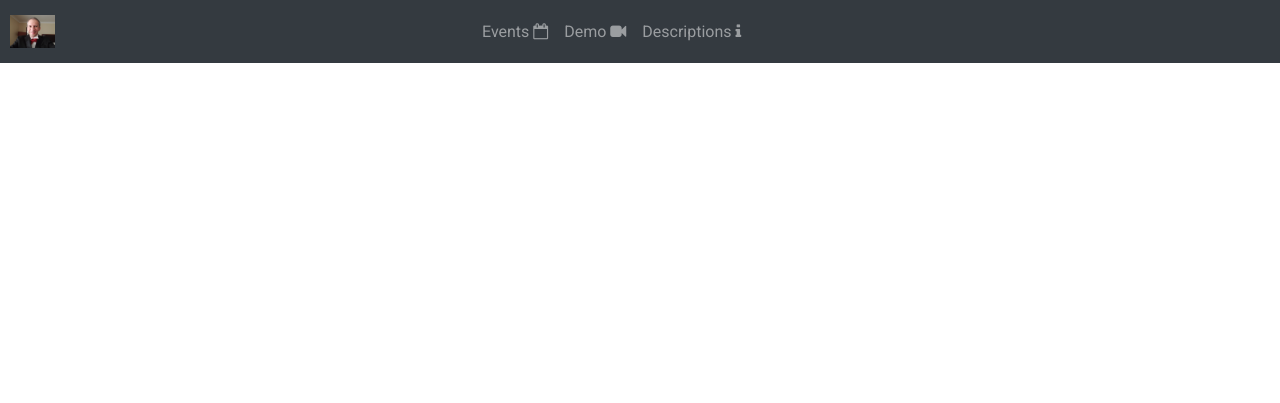
Repository: derektypist/product-landing-page
Page: index.html
The author's editor kept a record of every edit. The page is drawn from the files as they stood at one moment, then again after the next edit.
The browser window is 1280 px wide. The pictures show the whole page.

Above is the page before.

### index.html
<!DOCTYPE html>
<html lang="en">

<head>
    <meta charset="UTF-8">
    <meta name="viewport" content="width=device-width, initial-scale=1.0">
    <meta http-equiv="X-UA-Compatible" content="ie=edge">
    <title>Product Landing Page</title>
    <!-- Load Style Sheets -->
    <link rel="stylesheet" href="https://maxcdn.bootstrapcdn.com/bootstrap/4.4.1/css/bootstrap.min.css" integrity="sha384-Vkoo8x4CGsO3+Hhxv8T/Q5PaXtkKtu6ug5TOeNV6gBiFeWPGFN9MuhOf23Q9Ifjh" crossorigin="anonymous">
    <link rel="stylesheet" href="https://maxcdn.bootstrapcdn.com/font-awesome/4.7.0/css/font-awesome.min.css" type="text/css" />
    <link href="https://fonts.googleapis.com/css?family=Roboto&display=swap" rel="stylesheet">
    <style>
        /* Header and Navigation */

        #header {
            font-family: "Roboto", Arial, Verdana, sans-serif;
        }

        #header-img {
            width: 10%;
            height: 10%;
        }

        #nav-bar {
            padding: 10px;
        }
    </style>
</head>

<body>
    <!-- Set Up Header -->
    <header id="header">
        <!-- Set Up Navigation -->
        <nav class="navbar navbar-expand navbar-dark bg-dark fixed-top" id="nav-bar">
            <a class="navbar-brand" href="index.html"><img src="derek.JPG" title="Derek Dhammaloka" alt="Derek Dhammaloka" id="header-img"></a>
            <button class="navbar-toggler" type="button" data-toggle="collapse" data-target="navbarSupportedContent" aria-controls="navbarSupportedContent" aria-expanded="false" aria-label="Toggle navigation">
    <span class="navbar-toggler-icon"></span>
  </button>
            <div class="collapse navbar-collapse" id="navbarSupportedContent">
                <ul class="navbar-nav mr-auto">
                    <li class="nav-item">
                        <a class="nav-link" href="#">Events <i class="fa fa-calendar-o" aria-hidden="true"></i></a>
                    </li>
                    <li class="nav-item">
                        <a class="nav-link" href="#">Demo <i class="fa fa-video-camera" aria-hidden="true"></i></a>
                    </li>
                    <li class="nav-item">
                        <a class="nav-link" href="#">Descriptions <i class="fa fa-info" aria-hidden="true"></i></a>
                    </li>
                </ul>
        </nav>
    </header>
</body>

</html>

After the next edit:
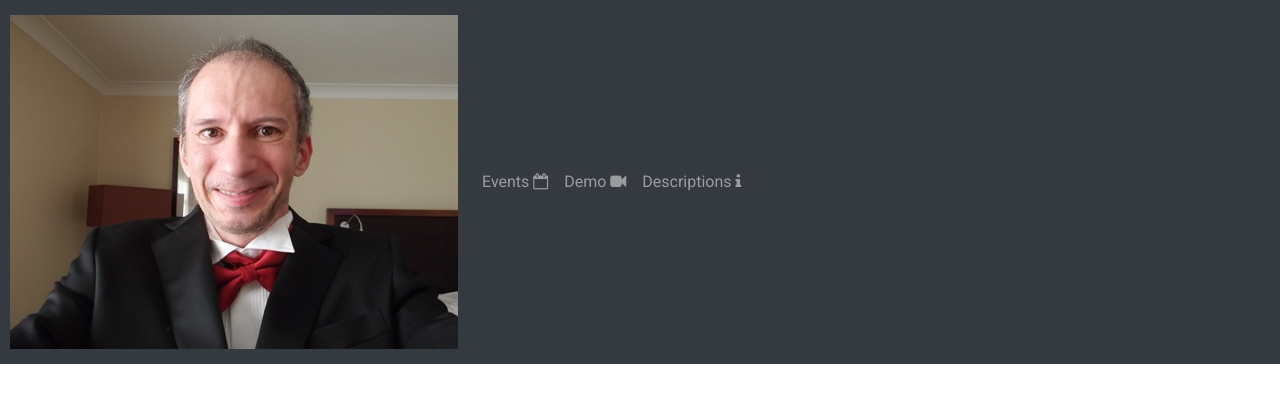
The edit:
--- a/index.html
+++ b/index.html
@@ -18,8 +18,7 @@
         }
 
         #header-img {
-            width: 10%;
-            height: 10%;
+            min-height: 84px;
         }
 
         #nav-bar {
